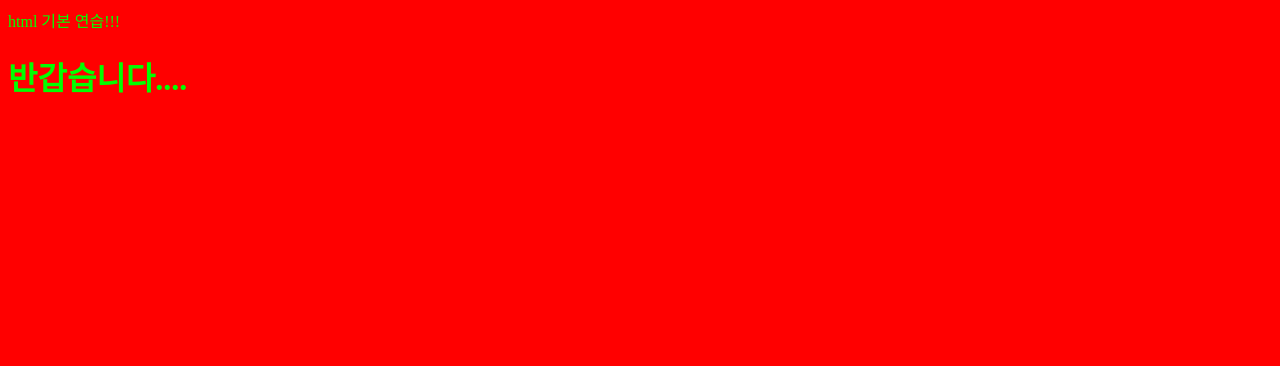
Repository: salee1023/JSP_Practice
Page: HTML_CSS_JS_practice01/src/main/webapp/html01.htm
These files come from the project's save history. The page is drawn as it stood at one moment and after the next save; the edit follows.
The browser window is 1280 px wide. The pictures show the whole page.

Above is the page before, as saved 2021-08-16 08:56:58.

### HTML_CSS_JS_practice01/src/main/webapp/html01.htm
<!DOCTYPE html>
<!--
	html 기본 구조
	<html>
		<head>
			<meta charset = "utf-8">
			<title>문서의 제목</title>
		</head>
		<body>
			문서의 내용
		</body?
	</html>
 -->
<html>
<head>
<meta charset="utf-8">
<title>html 연습</title>
</head>
<body bgcolor="red" text="#00ff00">
	html 기본 연습!!!<br><h1>반갑습니다....</h1>
</body>
</html>

After the next save:
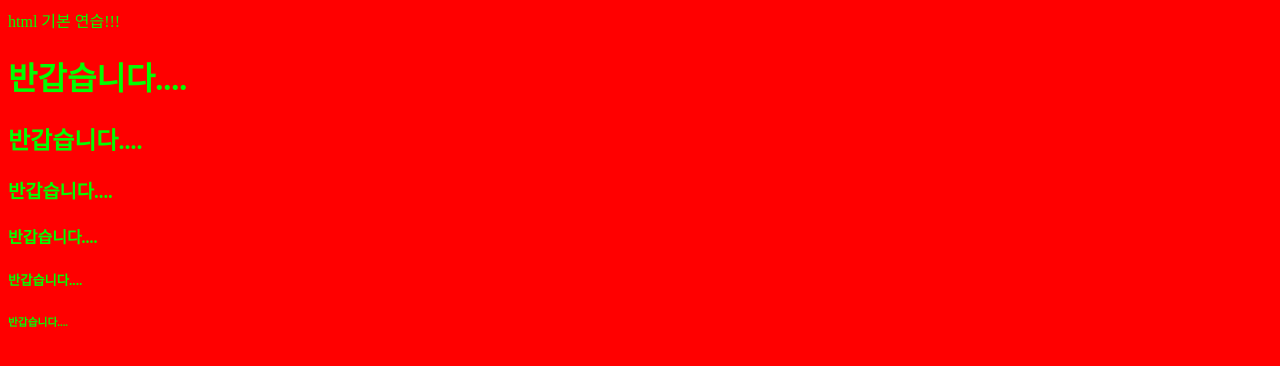
Saved 73 s later.
--- a/HTML_CSS_JS_practice01/src/main/webapp/html01.htm
+++ b/HTML_CSS_JS_practice01/src/main/webapp/html01.htm
@@ -18,5 +18,10 @@
 </head>
 <body bgcolor="red" text="#00ff00">
 	html 기본 연습!!!<br><h1>반갑습니다....</h1>
+	<h2>반갑습니다....</h2>
+	<h3>반갑습니다....</h3>
+	<h4>반갑습니다....</h4>
+	<h5>반갑습니다....</h5>
+	<h6>반갑습니다....</h6>
 </body>
 </html>
